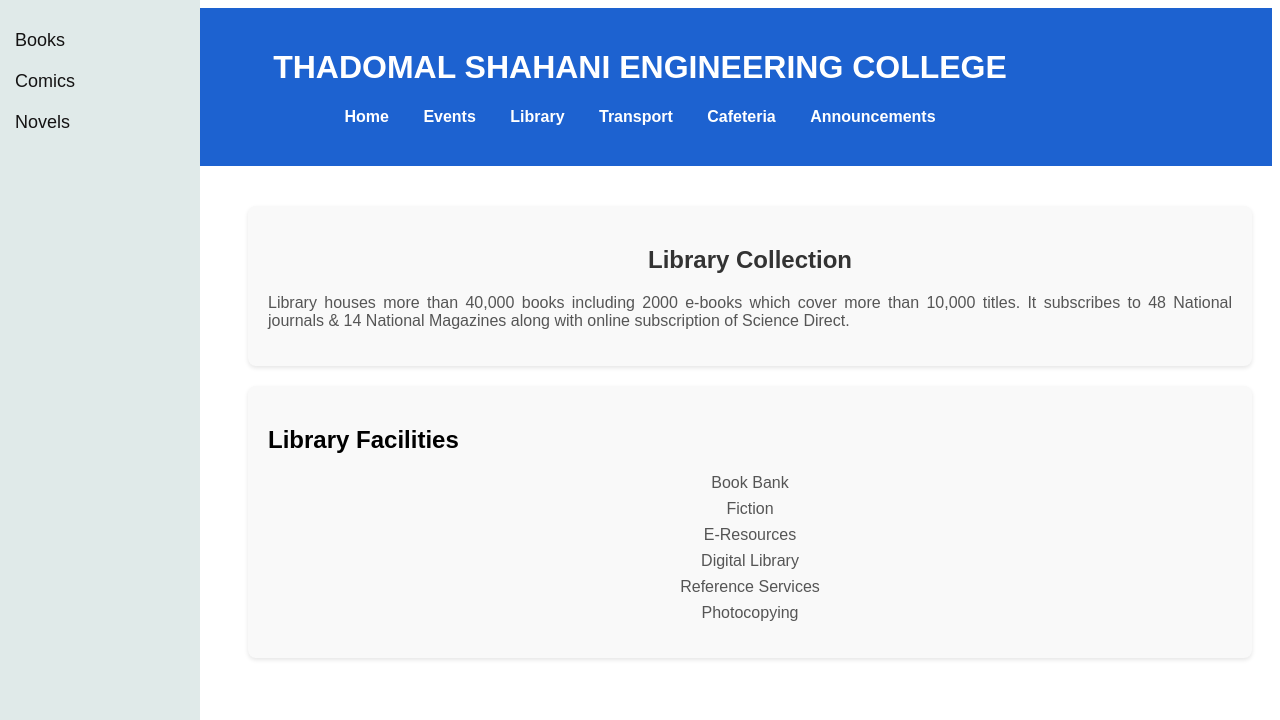
Repository: TejasS1233/MINITHON-hackathon-project
Page: Rishit.html
These files come from the project's save history. The page is drawn as it stood at one moment and after the next save; the edit follows.
The browser window is 1280 px wide. The pictures show the whole page.

Above is the page before, as saved 2024-09-20 12:12:08.

After the next save:
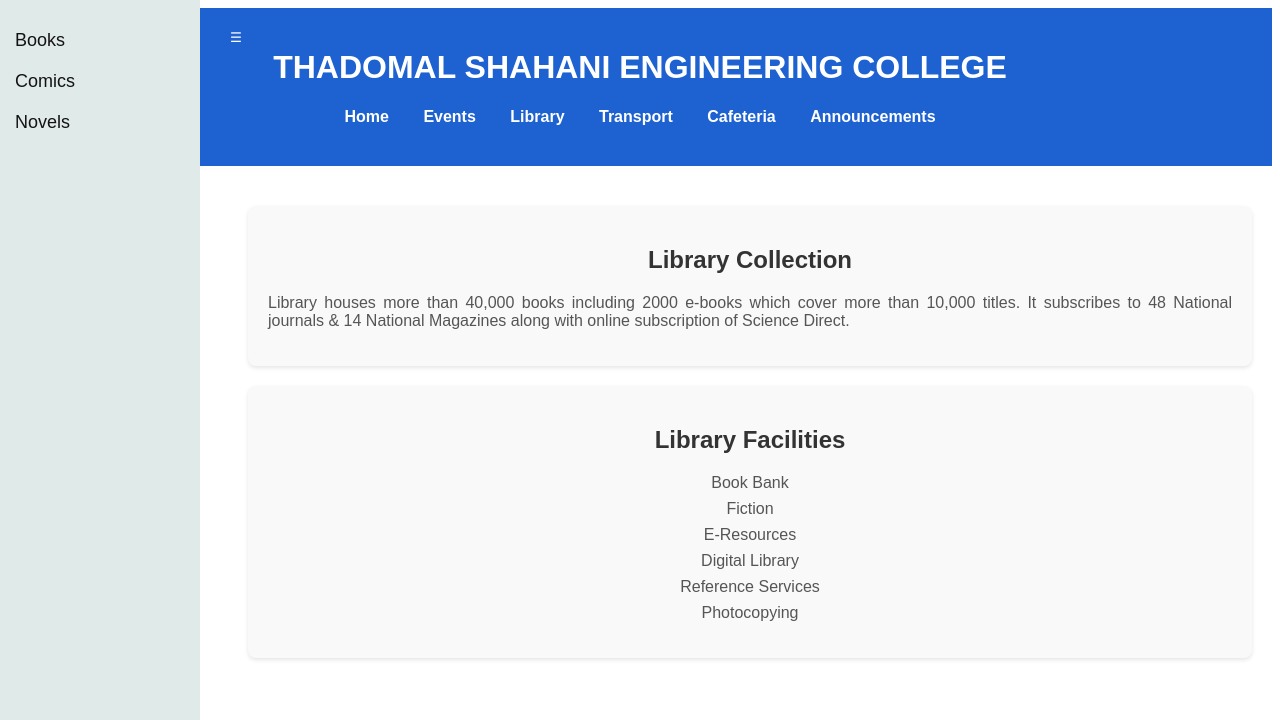
Saved 2 h 1 min later.
--- a/Rishit.html
+++ b/Rishit.html
@@ -5,8 +5,11 @@
     <meta name="viewport" content="width=device-width, initial-scale=1.0">
     <title>E-Library</title>
     <style>
-        h1
-        {
+        body {
+            font-family: Arial, Helvetica, sans-serif;
+            transition: margin-left 0.3s;
+        }
+        h1 {
             text-align: center;
         }
         header {
@@ -26,6 +29,7 @@
             font-weight: bold;
             text-decoration: none;
         }
+
         .sidebar {
             height: 100%;
             width: 200px;
@@ -34,6 +38,12 @@
             left: 0;
             background-color: #e0eae9;
             padding-top: 20px;
+            transition: width 0.3s;
+            overflow: hidden;
+        }
+
+        .sidebar.collapsed {
+            width: 60px;
         }
 
         .sidebar a {
@@ -51,13 +61,14 @@
         .content {
             margin-left: 220px;
             padding: 20px;
+            transition: margin-left 0.3s;
         }
 
-        h1.centered {
-            text-align: center;
+        .content.collapsed {
+            margin-left: 80px; /* Adjusted for the collapsed sidebar */
         }
 
-        .info-container {
+        .info-container, .facilities-container {
             background-color: #f9f9f9;
             padding: 20px;
             border-radius: 8px;
@@ -65,7 +76,7 @@
             margin-top: 20px;
         }
 
-        .info-container h2 {
+        .info-container h2, .facilities-container h2 {
             text-align: center;
             color: #333;
         }
@@ -73,14 +84,6 @@
         .info-container p {
             text-align: justify;
             color: #555;
-        }
-
-        .facilities-container {
-            background-color: #f9f9f9;
-            padding: 20px;
-            border-radius: 8px;
-            box-shadow: 0 2px 4px rgba(0, 0, 0, 0.1);
-            margin-top: 20px;
         }
 
         .facilities-container ul {
@@ -93,9 +96,16 @@
             margin: 8px 0;
             text-align: center;
         }
-        :root
-        {
-            font-family: Arial, Helvetica, sans-serif;
+
+        #toggleButton {
+            position: absolute;
+            top: 20px;
+            left: 220px; /* Initial position */
+            padding: 10px;
+            background-color: #1d62d0;
+            color: white;
+            border: none;
+            cursor: pointer;
         }
     </style>
 </head>
@@ -113,14 +123,15 @@
     </header>
 
     <!-- Sidebar -->
-    <div class="sidebar">
+    <div class="sidebar" id="sidebar">
         <a href="book.html">Books</a>
         <a href="comics.html">Comics</a>
         <a href="novels.html">Novels</a>
     </div>
 
     <!-- Main content -->
-    <div class="content">
+    <div class="content" id="content">
+        <button id="toggleButton" onclick="toggleSidebar()">☰</button>
 
         <!-- Info Container -->
         <div class="info-container">
@@ -141,5 +152,18 @@
             </ul>
         </div>
     </div>
+
+    <script>
+        function toggleSidebar() {
+            const sidebar = document.getElementById('sidebar');
+            const content = document.getElementById('content');
+            sidebar.classList.toggle('collapsed');
+            content.classList.toggle('collapsed');
+
+            // Update button position
+            const toggleButton = document.getElementById('toggleButton');
+            toggleButton.style.left = sidebar.classList.contains('collapsed') ? '80px' : '220px';
+        }
+    </script>
 </body>
 </html>
